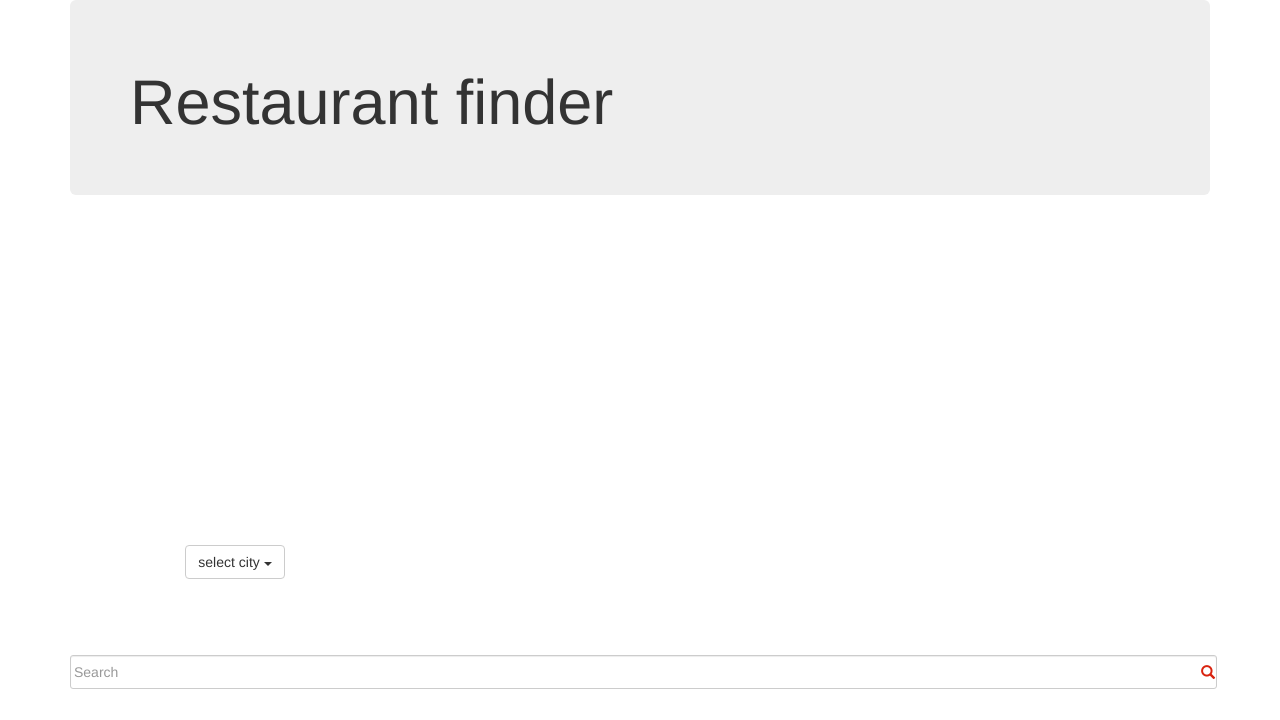
Repository: ganz-95/Denuvo-final
Page: http://localhost/restaurant/
These files come from the project's save history. The page is drawn as it stood at one moment and after the next save; the edit follows.
The browser window is 1280 px wide. The pictures show the whole page.
Some web libraries are served in a nearby version. The page is served by Tomcat 9.

Above is the page before, as saved 2017-01-23 15:43:15.

### workspace/restaurant/src/main/webapp/index.jsp
<!DOCTYPE html>
<html>
<head>
  <meta name="viewport" content="width=device-width, initial-scale=1">
  <link rel="stylesheet" href="https://maxcdn.bootstrapcdn.com/bootstrap/3.3.7/css/bootstrap.min.css">
  <script src="https://ajax.googleapis.com/ajax/libs/jquery/3.1.1/jquery.min.js"></script>
  <script src="https://maxcdn.bootstrapcdn.com/bootstrap/3.3.7/js/bootstrap.min.js"></script>
</head>
<body>
<div class="container" >
  <div class="jumbotron">
    <h1>              Restaurant finder             </h1>
     </div>



<div class="container" align="center">

  <br><br><br><br><br><br>

  <div class="dropdown" style="float:left;width:100px; height:100px; margin-top: 200px; margin-left: 100px;”">
    <button class="btn btn-default dropdown-toggle" type="button" data-toggle="dropdown">select city
    <span class="caret"></span></button>
    <ul class="dropdown-menu" align="center">
      <li class="dropdown-header">Popular</li>
      <li><a href="#">Chennai</a></li>
      <li><a href="#">Mumbai</a></li>
      <li><a href="#">Delhi</a></li>
      <li class="divider"></li>
      <li class="dropdown-header">Others</li>
      <li><a href="#">banglore</a></li>
      <li><a href="#">Hyderabad</a></li>
    </ul>
  </div>
</div>
<div class="container" ">
	<div class="row" style="float:right"; width:100px; height:100px; margin-top: 100px; margin-left: 200px;”>

           <div id="custom-search-input">
                            <div class="input-group col-md-12">
                                <input type="text" class="  search-query form-control" placeholder="Search" />
                                <span class="input-group-btn">
                                    <button class="btn btn-danger" type="button">
                                        <span class=" glyphicon glyphicon-search"></span>
                                    </button>
                                </span>
                            </div>
                        </div>
	</div>
</div><style>


#custom-search-input {
        margin:0;
        margin-top: 10px;
        padding: 0;
    }

    #custom-search-input .search-query {
        padding-right: 3px;
        padding-right: 4px \9;
        padding-left: 3px;
        padding-left: 4px \9;
        /* IE7-8 doesn't have border-radius, so don't indent the padding */

        margin-bottom: 0;
        -webkit-border-radius: 3px;
        -moz-border-radius: 3px;
        border-radius: 3px;
    }

    #custom-search-input button {
        border: 0;
        background: none;
        /** belows styles are working good */
        padding: 2px 5px;
        margin-top: 2px;
        position: relative;
        left: -20px;
        /* IE7-8 doesn't have border-radius, so don't indent the padding */
        margin-bottom: 0;
        -webkit-border-radius: 3px;
        -moz-border-radius: 3px;
        border-radius: 3px;
        color:#D9230F;
    }

    .search-query:focus + button {
        z-index: 3;
    }

</style>

</body>
</html>

After the next save:
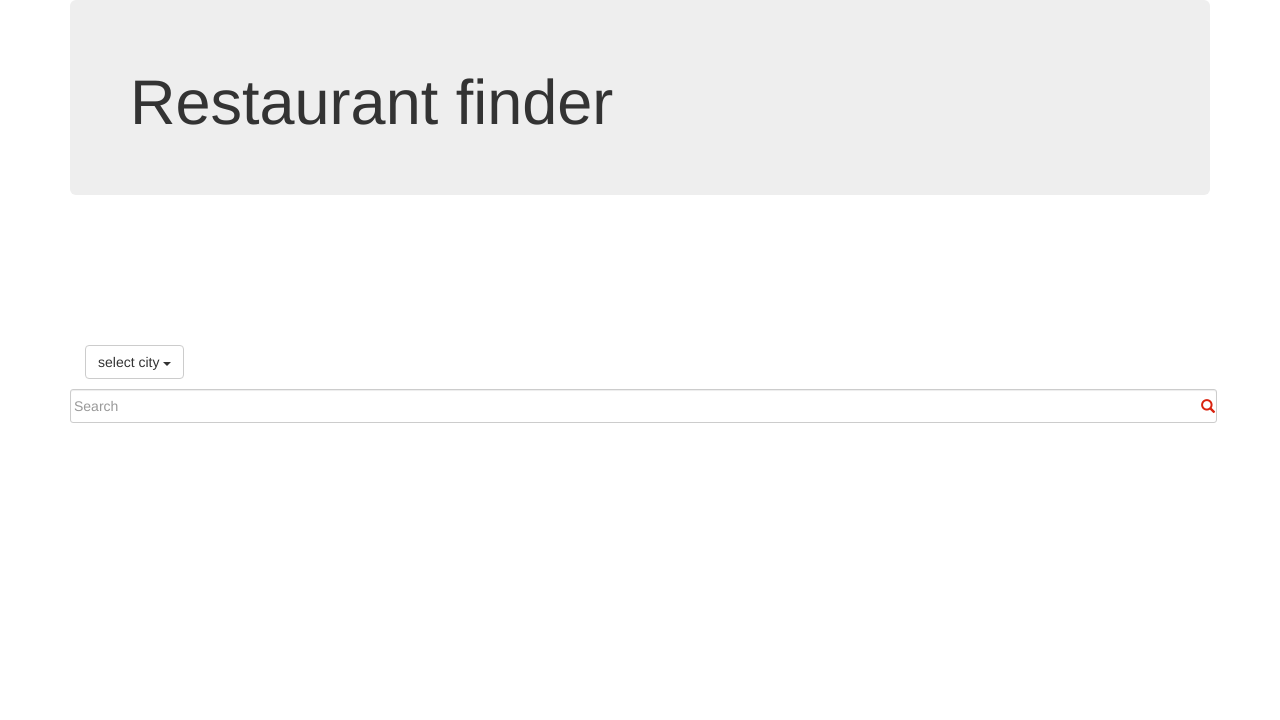
Saved 35 s later.
--- a/workspace/restaurant/src/main/webapp/index.jsp
+++ b/workspace/restaurant/src/main/webapp/index.jsp
@@ -18,7 +18,7 @@
 
   <br><br><br><br><br><br>
 
-  <div class="dropdown" style="float:left;width:100px; height:100px; margin-top: 200px; margin-left: 100px;”">
+  <div class="dropdown" style="float:left;">
     <button class="btn btn-default dropdown-toggle" type="button" data-toggle="dropdown">select city
     <span class="caret"></span></button>
     <ul class="dropdown-menu" align="center">
